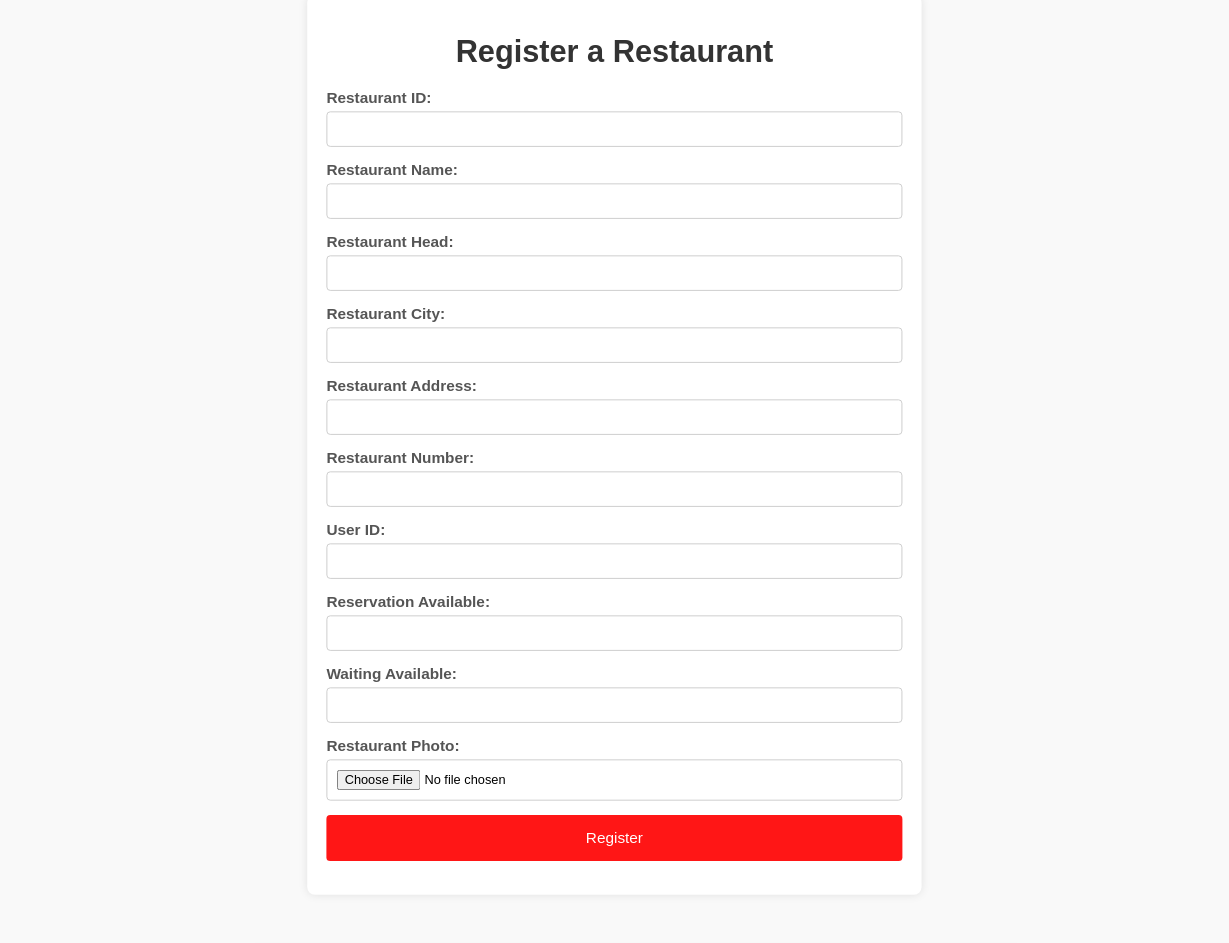
Repository: MeGuuuun/-_TableJava
Page: http://localhost/kimbanbagi/register.jsp
An editor plug-in stored every save of this project. The page is shown before and after the next save, followed by the edit.
The browser window is 1280 px wide. The pictures show the whole page, at 96% of full size.
The page is served by Tomcat 10.

Above is the page before, as saved 2024-06-03 09:46:27.

After the next save:
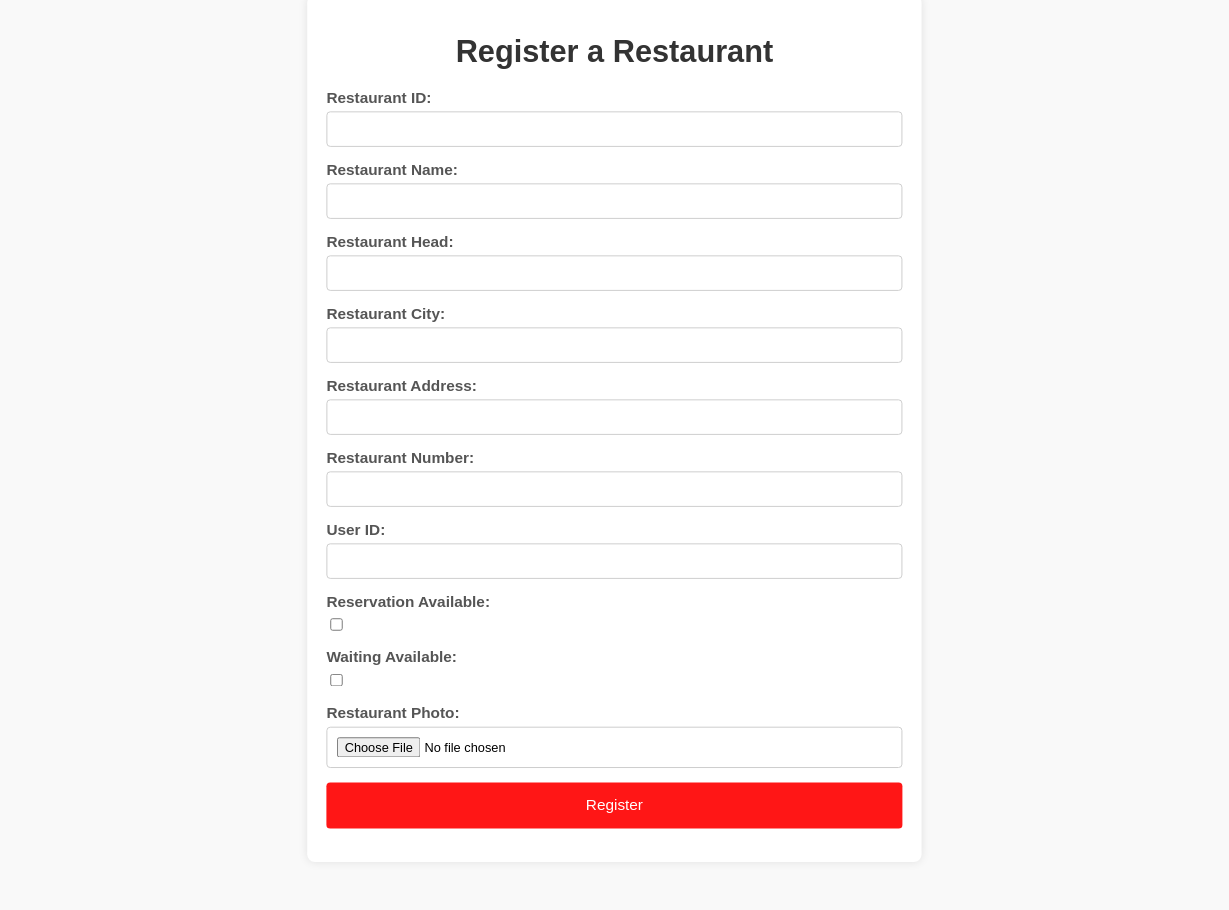
Saved 16 h 0 min later.
--- a/tableJava/kimbanbagi/WebContent/register.jsp
+++ b/tableJava/kimbanbagi/WebContent/register.jsp
@@ -41,11 +41,11 @@
             </div>
             <div class="form-group">
                 <label for="reservationAvailable">Reservation Available:</label>
-                <input type="text" id="reservationAvailable" name="reservationAvailable" required>
+                <input type="checkbox" id="reservationAvailable" name="reservationAvailable" value="예약">
             </div>
             <div class="form-group">
                 <label for="waitingAvailable">Waiting Available:</label>
-                <input type="text" id="waitingAvailable" name="waitingAvailable" required>
+                <input type="checkbox" id="waitingAvailable" name="waitingAvailable" value="웨이팅">
             </div>
             <div class="form-group">
                 <label for="restaurantPhoto">Restaurant Photo:</label>
